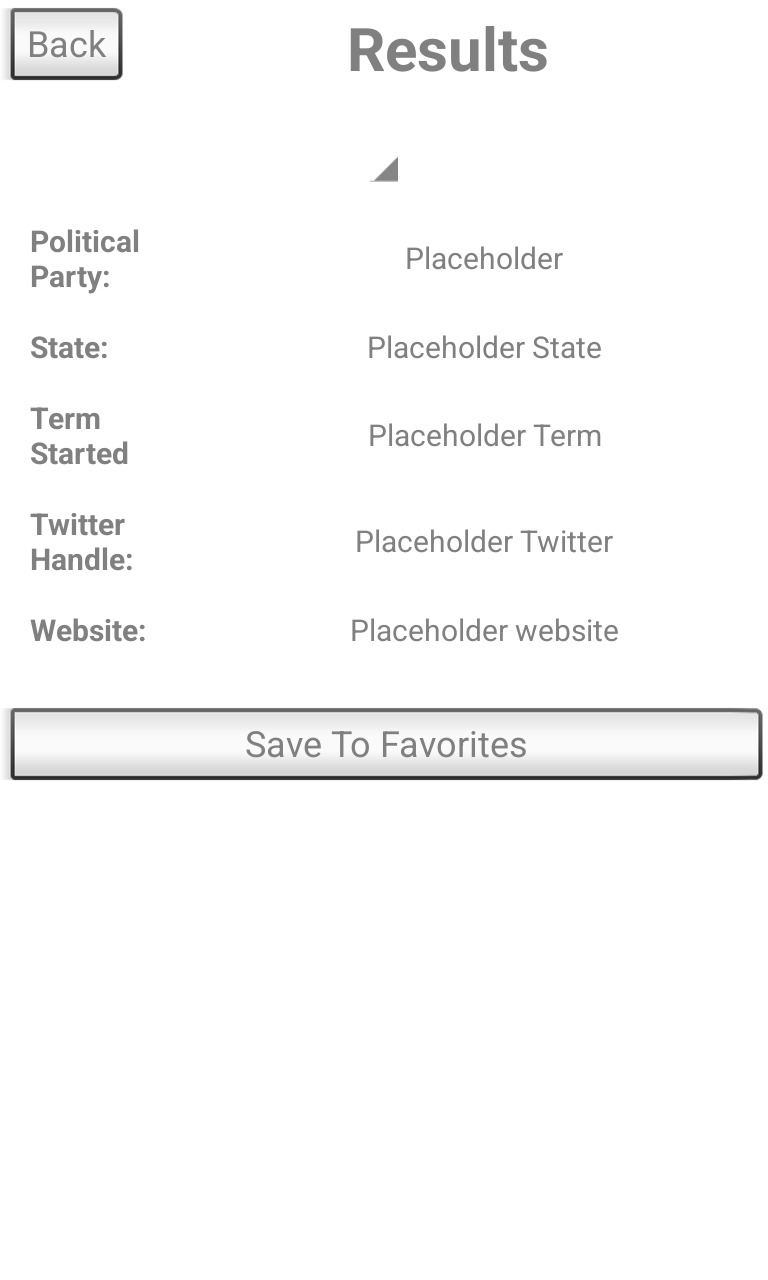
Repository: scottcaruso/Java_I_1307_Week4
Layout: myGov/res/layout/politician_display.xml
An editor plug-in stored every save of this project. The layout is shown before and after the next save, followed by the edit.
It is drawn on a 768 x 1280 px phone screen (xhdpi) without system bars, with theme AppTheme; the app's code is not run.

Above is the layout before, as saved 2013-08-02 00:23:41.

After the next save:
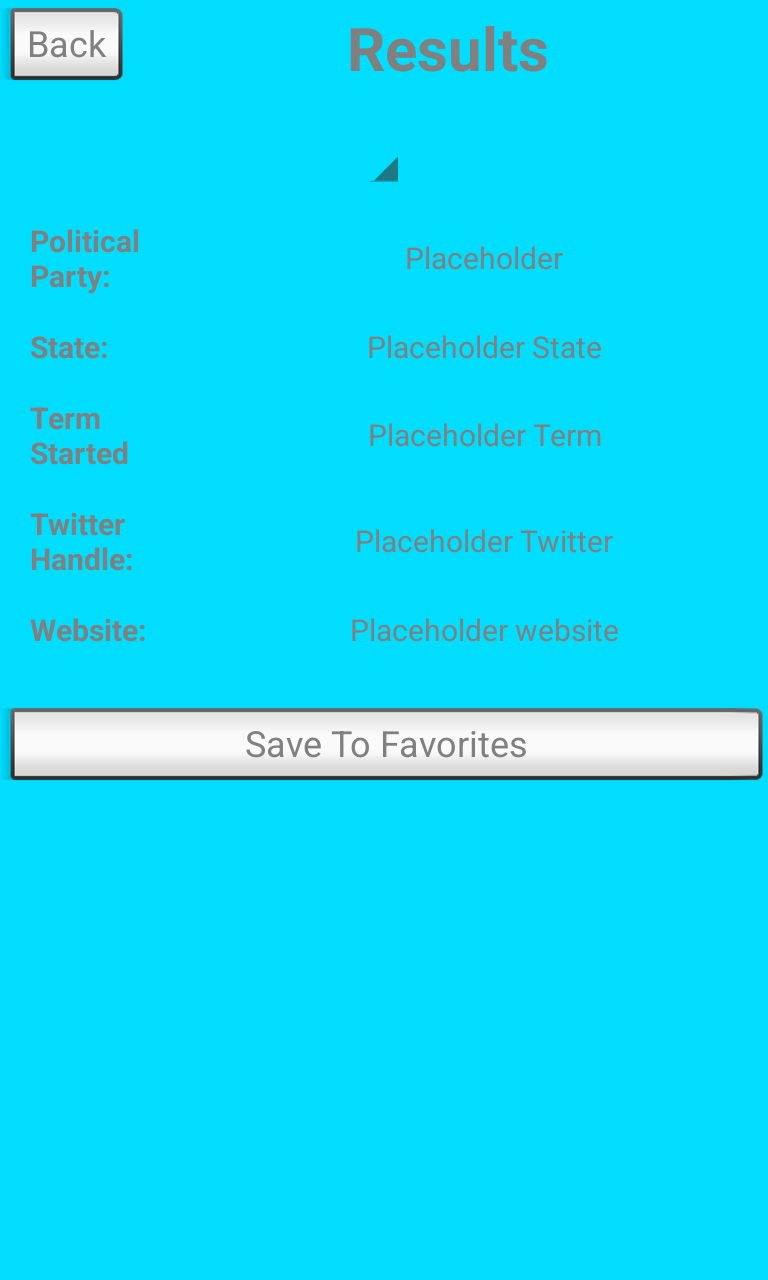
Saved 18 s later.
--- a/myGov/res/layout/politician_display.xml
+++ b/myGov/res/layout/politician_display.xml
@@ -3,6 +3,7 @@
     xmlns:tools="http://schemas.android.com/tools"
     android:layout_width="match_parent"
     android:layout_height="match_parent"
+    android:background="#00ddff"
     android:orientation="vertical" >
 
     <LinearLayout
